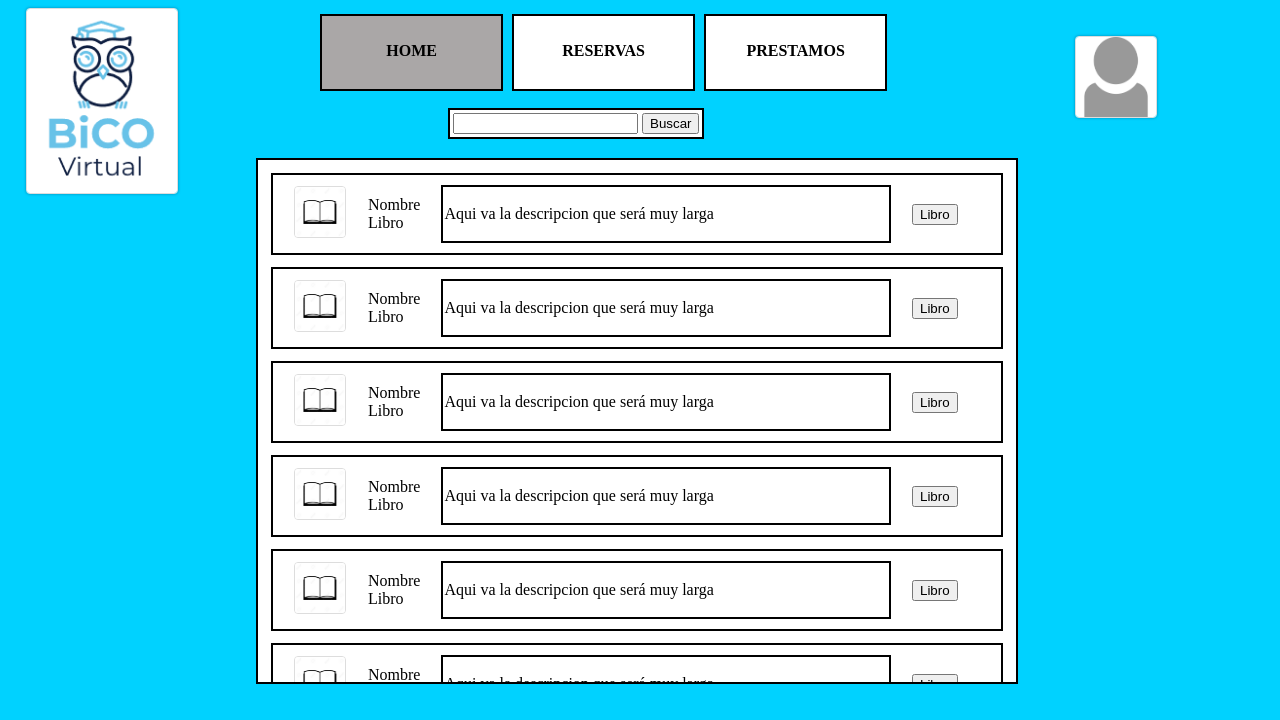
Repository: i72frpeu/IW_Bien
Page: http://localhost/Trabajo_IW/Home (Admin).jsp
These files come from the project's save history. The page is drawn as it stood at one moment and after the next save; the edit follows.
The browser window is 1280 px wide. The pictures show the whole page.
An inner scrolling area shows only its first screen. The page is served by Tomcat 9.

Above is the page before, as saved 2020-05-16 20:10:18.

After the next save:
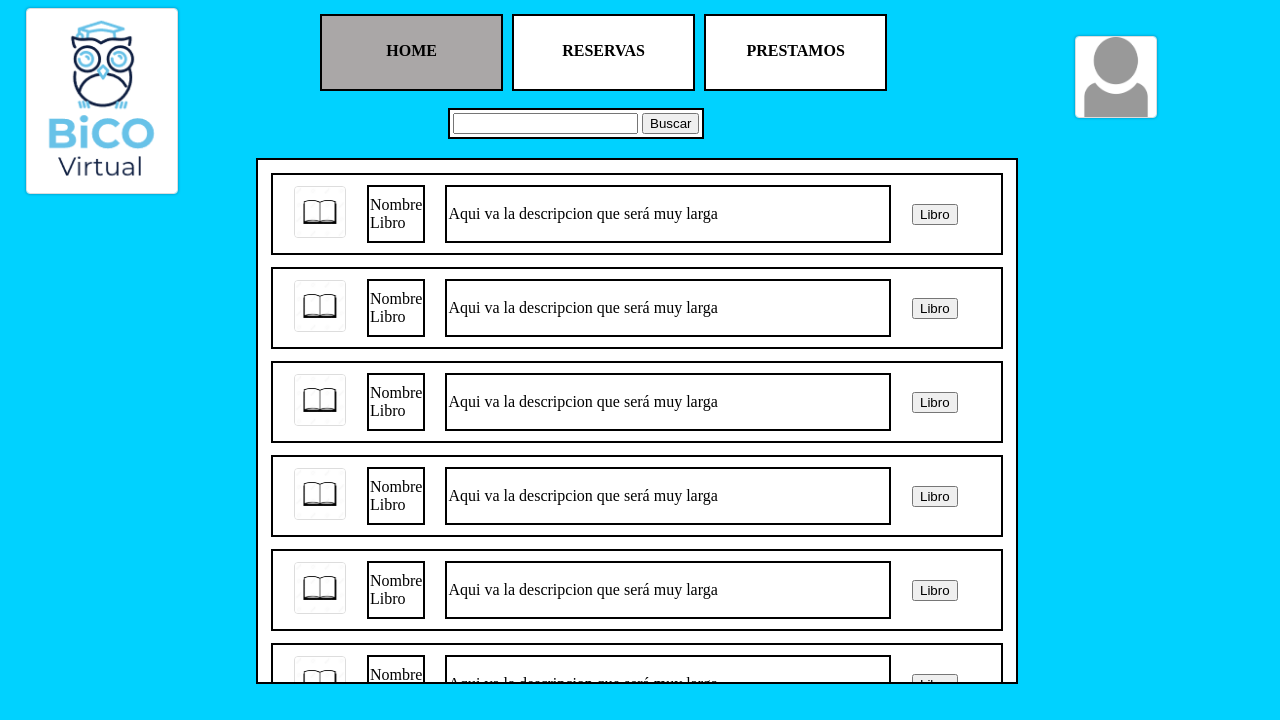
Saved 13 s later.
--- a/WorkSpace/Trabajo IW/WebContent/Home (Admin).jsp
+++ b/WorkSpace/Trabajo IW/WebContent/Home (Admin).jsp
@@ -34,7 +34,7 @@
               <table class="uno">
                   <tr>
                     <td class="td_user_img"><a href=""><img src="img/libro.png" alt="IMG_USER" class="img_user_2"></a></td>
-                    <td> Nombre Libro </td>
+                    <td class="tdlibro"> Nombre Libro </td>
                     <td class="td_user_des">Aqui va la descripcion que será muy larga</td>
                     <td> <a href="Libro.jsp"><button name="foro" class="boton_user">Libro</button></a><td>
                   </tr>
